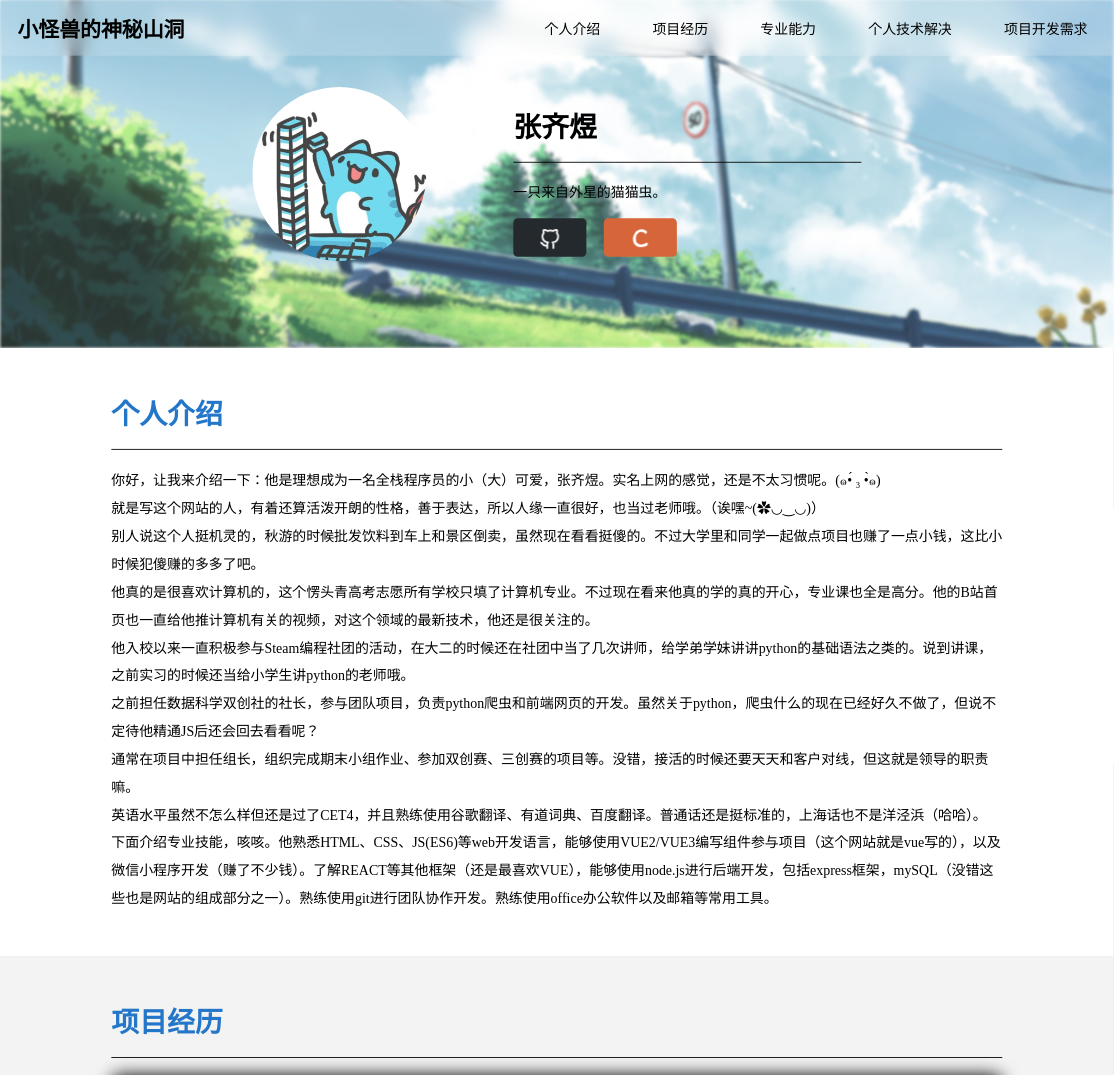
Repository: TheBiggestFatCat/myblog-frontend
Page: /
An editor plug-in stored every save of this project. The page is shown before and after the next save, followed by the edit.
The browser window is 1280 px wide. The pictures show the part of the page from y = 0 to 1236 px (the page is 2486 px tall), at 87% of full size.
Pictures or frames that could not be fetched are drawn as grey boxes. The project was rebuilt for these pictures with package versions that can differ from the ones it lists, and the page was loaded fresh each time. Also part of the build but not shown: vite.config.ts.

Above is the page before, as saved 2023-02-26 11:50:17.

### src/style.css
* {
  margin: 0;
  box-sizing: border-box;
  padding: 0;
}

/* :root {
  font-family: Inter, system-ui, Avenir, Helvetica, Arial, sans-serif;
  line-height: 1.5;
  font-weight: 400;

  color-scheme: light dark;
  color: rgba(255, 255, 255, 0.87);
  background-color: #242424;

  font-synthesis: none;
  text-rendering: optimizeLegibility;
  -webkit-font-smoothing: antialiased;
  -moz-osx-font-smoothing: grayscale;
  -webkit-text-size-adjust: 100%;
}

a {
  font-weight: 500;
  color: #646cff;
  text-decoration: inherit;
}
a:hover {
  color: #535bf2;
}

body {
  margin: 0;
  display: flex;
  place-items: center;
  min-width: 320px;
  min-height: 100vh;
}

h1 {
  font-size: 3.2em;
  line-height: 1.1;
}

button {
  border-radius: 8px;
  border: 1px solid transparent;
  padding: 0.6em 1.2em;
  font-size: 1em;
  font-weight: 500;
  font-family: inherit;
  background-color: #1a1a1a;
  cursor: pointer;
  transition: border-color 0.25s;
}
button:hover {
  border-color: #646cff;
}
button:focus,
button:focus-visible {
  outline: 4px auto -webkit-focus-ring-color;
}

.card {
  padding: 2em;
}

#app {
  max-width: 1280px;
  margin: 0 auto;
  padding: 2rem;
  text-align: center;
}

@media (prefers-color-scheme: light) {
  :root {
    color: #213547;
    background-color: #ffffff;
  }
  a:hover {
    color: #747bff;
  }
  button {
    background-color: #f9f9f9;
  }
} */

### src/App.vue
<script setup lang="ts">
import Home from './components/Home/Home.vue';
</script>

<template>
  <Home/>
</template>

<style scoped>
</style>

### src/components/Home/Home.vue
<template>
  <div class="home">
    <!-- 导航栏 -->
    <Navigation></Navigation>

    <!-- 头部 -->
    <div class="home-top">
      <div class="avatar">
        <img :src="avatar" alt="Image">
      </div>
      <div class="avatar-right">
        <h2>{{ name }}</h2>
        <div class="border"></div>
        <p v-for="i in introduction" :key="i">{{ i }}</p>
        <a href="https://github.com/" target="_blank">
          <button><img src="@/assets/icons/github.svg" style="position: relative; top: 4px;" alt=""></button>
        </a>
        <a href="https://blog.csdn.net/" target="_blank">
          <button><img src="@/assets/icons/csdn.svg" style="position: relative; top: 2px; width: 24px" alt=""></button>
        </a>
      </div>
    </div>

    <!-- 头部以下 -->
    <div class="home-body">
      <!-- 个人介绍 -->
      <div class="personal">
        <h3>个人介绍</h3>
        <div class="border"></div>
        <p v-for="i in personalText">{{ i }}</p>
      </div>
      <!-- 项目经历 -->
      <div class="project">
        <h3>项目经历</h3>
        <div class="border"></div>
        <div class="project-bg" v-for="i in project">
          <img :src="i.img" alt="Image">
          <div class="right">
            <p class="title"></p>
            <p class="text"></p>
            <p class="date"></p>
          </div>
        </div>
      </div>
    </div>
  </div>
</template>

<script lang='ts' setup>
import Navigation from './Navigation.vue';
import { ref } from 'vue'

// 头部

// 头像
const avatar = 'src/assets/pics/avatar.jpg'

// 姓名
const name = '张齐煜'

// 顶部介绍，允许多行
const introduction = [
  '一只来自外星的猫猫虫。',
]

// 头部以下

// 个人介绍，允许多行
const personalText = [
  '你好，让我来介绍一下：他是理想成为一名全栈程序员的小（大）可爱，张齐煜。实名上网的感觉，还是不太习惯呢。(๑•́ ₃ •̀๑)',
  '就是写这个网站的人，有着还算活泼开朗的性格，善于表达，所以人缘一直很好，也当过老师哦。（诶嘿~(✿◡‿◡)）',
  '别人说这个人挺机灵的，秋游的时候批发饮料到车上和景区倒卖，虽然现在看看挺傻的。不过大学里和同学一起做点项目也赚了一点小钱，这比小时候犯傻赚的多多了吧。',
  '他真的是很喜欢计算机的，这个愣头青高考志愿所有学校只填了计算机专业。不过现在看来他真的学的真的开心，专业课也全是高分。他的B站首页也一直给他推计算机有关的视频，对这个领域的最新技术，他还是很关注的。',
  '',
  '他入校以来一直积极参与Steam编程社团的活动，在大二的时候还在社团中当了几次讲师，给学弟学妹讲讲python的基础语法之类的。说到讲课，之前实习的时候还当给小学生讲python的老师哦。',
  '之前担任数据科学双创社的社长，参与团队项目，负责python爬虫和前端网页的开发。虽然关于python，爬虫什么的现在已经好久不做了，但说不定待他精通JS后还会回去看看呢？',
  '通常在项目中担任组长，组织完成期末小组作业、参加双创赛、三创赛的项目等。没错，接活的时候还要天天和客户对线，但这就是领导的职责嘛。',
  '英语水平虽然不怎么样但还是过了CET4，并且熟练使用谷歌翻译、有道词典、百度翻译。普通话还是挺标准的，上海话也不是洋泾浜（哈哈）。',
  '下面介绍专业技能，咳咳。他熟悉HTML、CSS、JS(ES6)等web开发语言，能够使用VUE2/VUE3编写组件参与项目（这个网站就是vue写的），以及微信小程序开发（赚了不少钱）。了解REACT等其他框架（还是最喜欢VUE），能够使用node.js进行后端开发，包括express框架，mySQL（没错这些也是网站的组成部分之一）。熟练使用git进行团队协作开发。熟练使用office办公软件以及邮箱等常用工具。'
]

// 项目经历

const project = [
  {
    img: 'src/assets/pics/project1.png',
    title: '项目1',
    text: '这是一个项目，不过是假数据而已。',
    date: '2023/2/26 - 2023/2/27'
  },
  {
    img: 'src/assets/pics/project2.png',
    title: '项目2',
    text: '这是一个项目，不过是假数据而已。',
    date: '2023/2/26 - 2023/2/27'
  },
  {
    img: 'src/assets/pics/project3.png',
    title: '项目3',
    text: '这是一个项目，不过是假数据而已。',
    date: '2023/2/26 - 2023/2/27'
  },
]

</script>

<style lang="less" scoped>
.home-top {
  width: 100vw;
  height: 400px;
  align-items: center;
  display: flex;
  flex-flow: row nowrap;
  justify-content: center;

  .avatar {
    width: 300px;
    height: 200px;
    padding-right: 60px;

    img {
      width: 200px;
      height: 200px;
      border-radius: 50%;
    }
  }

  .avatar-right {
    width: 400px;
    height: 160px;

    h2 {
      font-size: 32px;
    }

    .border {
      margin: 20px 0 20px 0;
      width: 100%;
      border-top: 1px solid #000;
    }

    p {
      margin-bottom: 20px;
    }

    // github按钮
    a:nth-of-type(1) button {
      background-color: #24292e;
      color: #fff;
      padding: 8px 30px;
      border: none;
      border-radius: 5px;
      font-size: 16px;
      cursor: pointer;
      transition: all .2s;
    }

    a:nth-of-type(1) button:hover {
      background-color: #3e4147;
    }

    // csdn按钮
    a:nth-of-type(2) button{
      background-color: #d66639;
      color: #fff;
      padding: 8px 30px;
      border: none;
      border-radius: 5px;
      font-size: 16px;
      cursor: pointer;
      transition: all .2s;
      margin-left: 20px;
    }

    a:nth-of-type(2) button:hover {
      background-color: #d87d59;
    }
  }
}

.home-top::before {
  content: "";
  position: absolute;
  top: 0;
  left: 0;
  width: 100vw;
  height: 400px;
  // width: 100%;
  // height: 100%;
  background-image: url(@/assets/pics/home3.jpg);
  background-position: 0 -400px;
  background-size: cover;
  filter: blur(2px);
  /* 设置模糊半径 */
  opacity: 0.85;
  /* 设置不透明度 */
  z-index: -1;
  /* 将遮罩层放在最底层 */
}
// 头部以下
.home-body {
  height: 1000px;
  background-color: #d8d8d8;
  // 个人介绍
  .personal {
    background-color: #fff;
    padding: 50px 10vw 50px 10vw;
    h3 {
      font-size: 32px;
      color: #2376c8;
    }
    .border {
      width: 100%;
      margin: 20px 0 20px 0;
      border-top: 1px solid #000;
    }
    p {
      line-height: 200%;
    }
  }
  // 项目经历
  .project {
    background-color: #f3f3f3;
    padding: 50px 10vw 50px 10vw;
    h3 {
      font-size: 32px;
      color: #2376c8;
    }
    .border {
      width: 100%;
      margin: 20px 0 20px 0;
      border-top: 1px solid #000;
    }
    p {
      line-height: 200%;
    }
    img {
      width: 500px;
      height: 300px;
    }
    .project-bg {
      width: 80vw;
      height: 400px;
      background-color: #fff;
      border-radius: 10px;
      box-shadow: 0 0 20px;
    }
  }


}
</style>

### src/components/Home/Navigation.vue
<template>
  <nav :class="{'bg-white': !isTop, 'bg-blur': isTop}">
      <div class="logo">小怪兽的神秘山洞</div>
        <div class="ui">
          <div>个人介绍</div>
          <div>项目经历</div>
          <div>专业能力</div>
          <div>个人技术解决</div>
          <div>项目开发需求</div>
        </div>
  </nav>
</template>

<script lang="ts">
import { onMounted, onUnmounted, ref } from 'vue'

export default {
  name: 'Navigation',

  setup() {
    const isTop = ref(true)

    const handleScroll = () => {
      isTop.value = window.pageYOffset === 0
    }

    onMounted(() => {
      window.addEventListener('scroll', handleScroll)
    })

    onUnmounted(() => {
      window.removeEventListener('scroll', handleScroll)
    })

    return { isTop }
  }
}
</script>

<style lang="less" scoped>
nav {
  position: fixed;
  height: 64px;
  top: 0;
  left: 0;
  right: 0;
  padding: 0 20px 0 20px;
  transition: background-color 0.3s ease-in-out;
  display: flex;
  justify-content: space-between;
  align-items: center;
}


.logo {
  font-weight: bold;
  font-size: 24px;
}

.ui {
  display: flex;
  list-style: none;
  margin: 0;
  padding: 0;
  height: 100%;
  div {
    position: relative;
    display: flex;
    padding: 0 10px 0 10px;
    align-items: center;
    margin-left: 40px;
    height: 100%;
    cursor: pointer;
  }

  div::before {
    content: "";
    position: absolute;
    top: 0;
    left: 0;
    right: 0;
    bottom: 0;
    opacity: 0;
    background-color: rgba(0, 0, 0, 0.5); /* 半透明的灰色背景 */
    transition: opacity 0.3s ease;
  }

  div:hover::before {
  opacity: 0.3;
}
}



.bg-white {
  background-color: white;
}

.bg-blur {
  background-color: rgba(255, 255, 255, 0.198);
  backdrop-filter: blur(10px);
}
</style>

Loaded but not shown: index.html (common file); src/main.ts (common file)

After the next save:
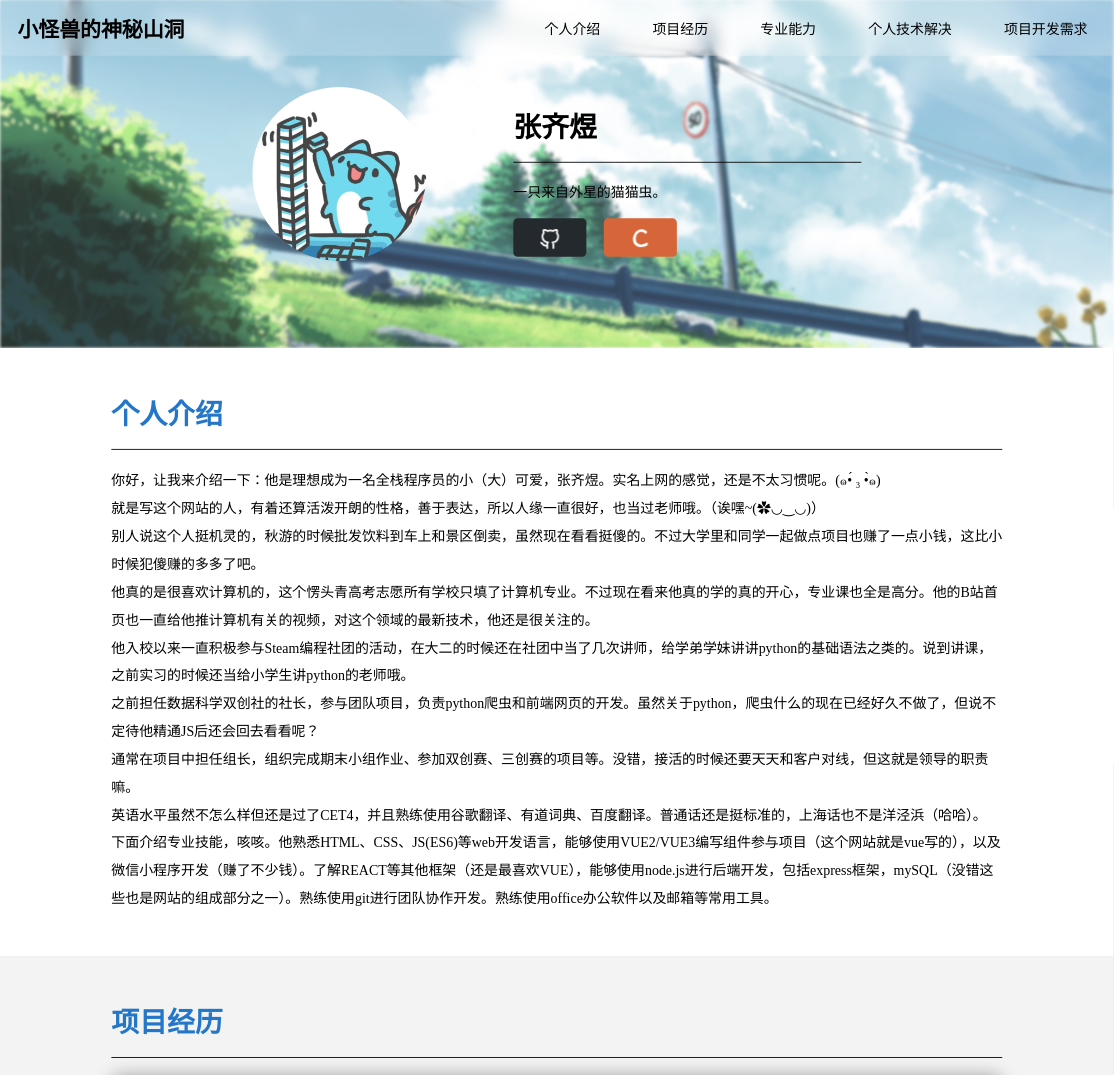
Saved 37 s later.
--- a/src/components/Home/Home.vue
+++ b/src/components/Home/Home.vue
@@ -243,7 +243,7 @@ const project = [
       height: 400px;
       background-color: #fff;
       border-radius: 10px;
-      box-shadow: 0 0 20px;
+      box-shadow: 0 0 20px rgba(1, 1, 1, 0.33);
     }
   }
 
